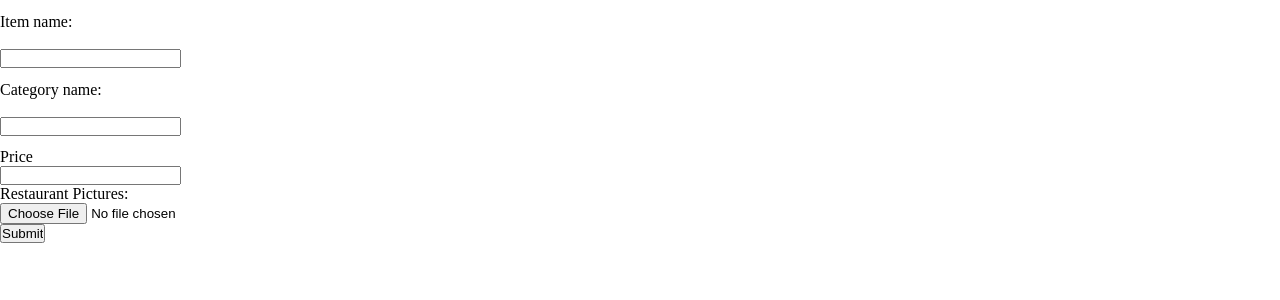
Repository: jatannoury/Ecommerce-Laravel-Electron
Page: Admin-electron/src/HTML/add_item.html
An editor plug-in stored every save of this project. The page is shown before and after the next save, followed by the edit.
The browser window is 1280 px wide. The pictures show the whole page.

Above is the page before, as saved 2022-06-10 22:28:26.

### Admin-electron/src/HTML/add_item.html
<!DOCTYPE html>
<html lang="en">

    <head>
        <meta charset="UTF-8">
        <link rel="stylesheet" href="../CSS/styles.css">
        <title>Admin-Add_item</title>
    </head>

    <body>
        <form action="/action_page.php">
            <div for="item_name" class="one" id="item_name ">Item name:</div><br>
            <input type="text"  name="fname" ><br>
            <div for="Category_name" class="one" id="Category_name">Category name:</div><br>
            <input type="text"  name="fname" ><br>
            <div for="price" class="one" id="price">Price</label><br>
            <input type="text"  name="fname" ><br>
            <div >
            <label for="pictures">Restaurant Pictures:</label><br>
            <input id="pictures" type="file" accept="image/*">
            </div>
            <input type="submit" value="Submit">

        </form>
    </body>
</html>

### Admin-electron/src/CSS/styles.css
*{
    padding: 0;
    margin: 0;
    box-sizing: border-box;
}
.box-1, .box-2{
    padding:5% 5% 5% 5%;
    margin-left:0% ;
    margin-top: 20%;
    border-radius: 20px;
}

.box-1{
    margin-left: 30%;
}

.box-2{
    margin-left: 5%;
}

 .box-2:hover, .box-1:hover{
    border-color: red;
}

.one{
    margin-top: 1%;
}

After the next save:
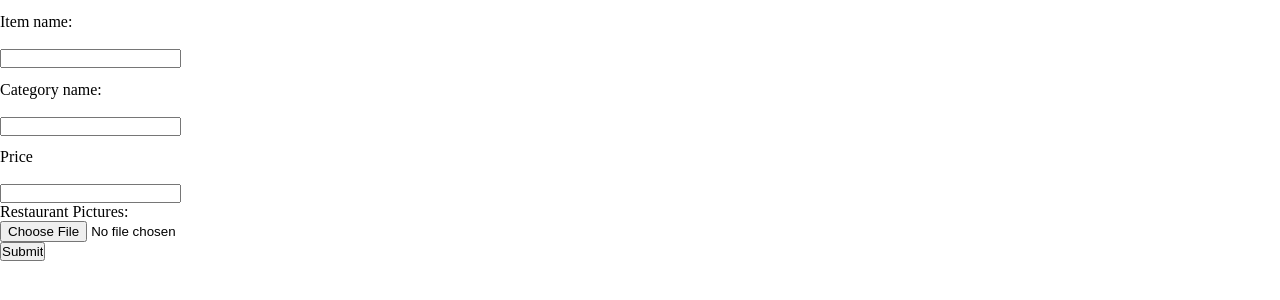
Saved 4 s later.
--- a/Admin-electron/src/HTML/add_item.html
+++ b/Admin-electron/src/HTML/add_item.html
@@ -13,7 +13,7 @@
             <input type="text"  name="fname" ><br>
             <div for="Category_name" class="one" id="Category_name">Category name:</div><br>
             <input type="text"  name="fname" ><br>
-            <div for="price" class="one" id="price">Price</label><br>
+            <div for="price" class="one" id="price">Price</div><br>
             <input type="text"  name="fname" ><br>
             <div >
             <label for="pictures">Restaurant Pictures:</label><br>
